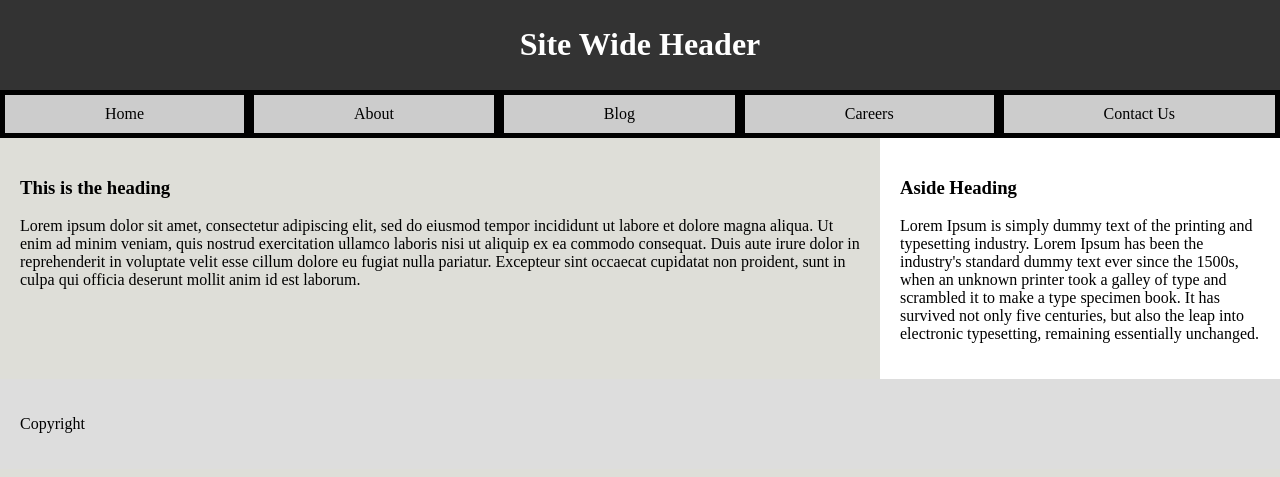
Repository: ayeza-baseer/AssignmentFlexbox
Page: assignment.html
An editor plug-in stored every save of this project. The page is shown before and after the next save, followed by the edit.
The browser window is 1280 px wide. The pictures show the whole page.

Above is the page before, as saved 2023-03-17 14:29:45.

After the next save:
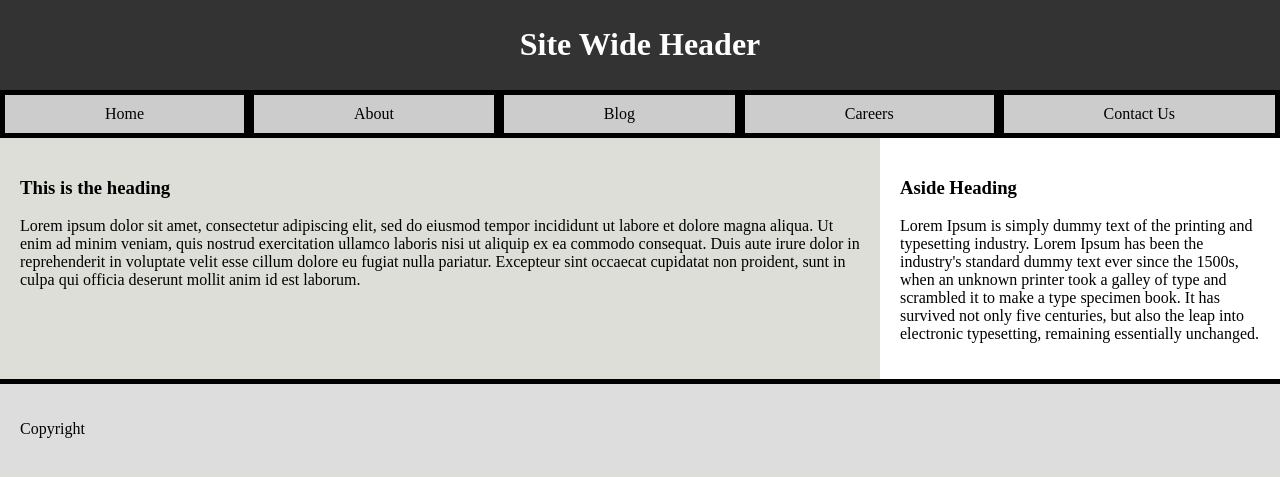
Saved 31 s later.
--- a/assignment.css
+++ b/assignment.css
@@ -55,6 +55,6 @@ body {
 .footer {
     margin-bottom:0;
     padding: 20px;
-
+    border-top: 5px solid black;
     background: #ddd;
   }
